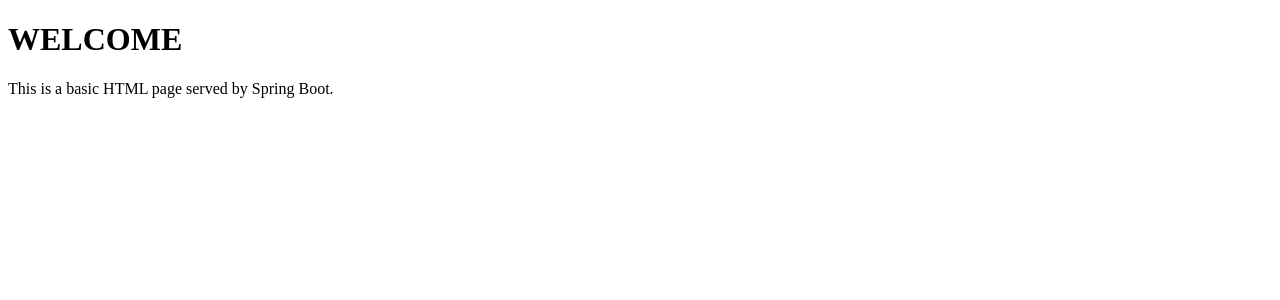
Repository: Yemili/springboot_application
Page: workspace/student/src/main/resources/static/index.html
An editor plug-in stored every save of this project. The page is shown before and after the next save, followed by the edit.
The browser window is 1280 px wide. The pictures show the whole page.

Above is the page before, as saved 2024-09-26 06:08:32.

After the next save:
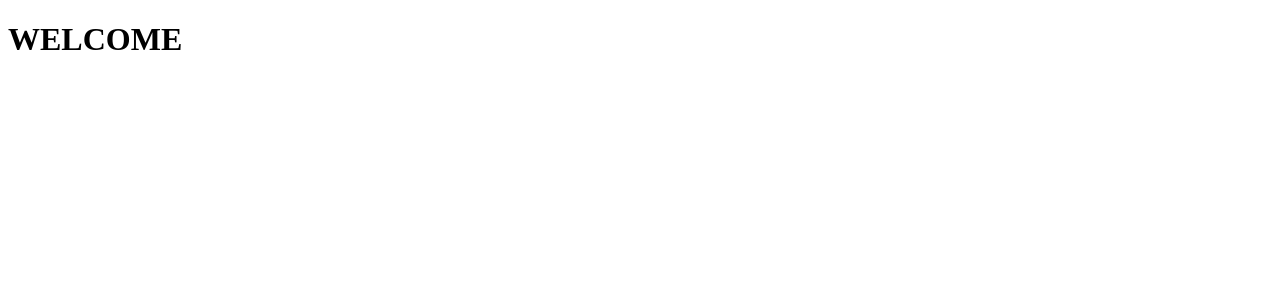
Saved 7 min 22 s later.
--- a/workspace/student/src/main/resources/static/index.html
+++ b/workspace/student/src/main/resources/static/index.html
@@ -7,6 +7,6 @@
 </head>
 <body>
     <h1>WELCOME</h1>
-    <p>This is a basic HTML page served by Spring Boot.</p>
+
 </body>
 </html>
